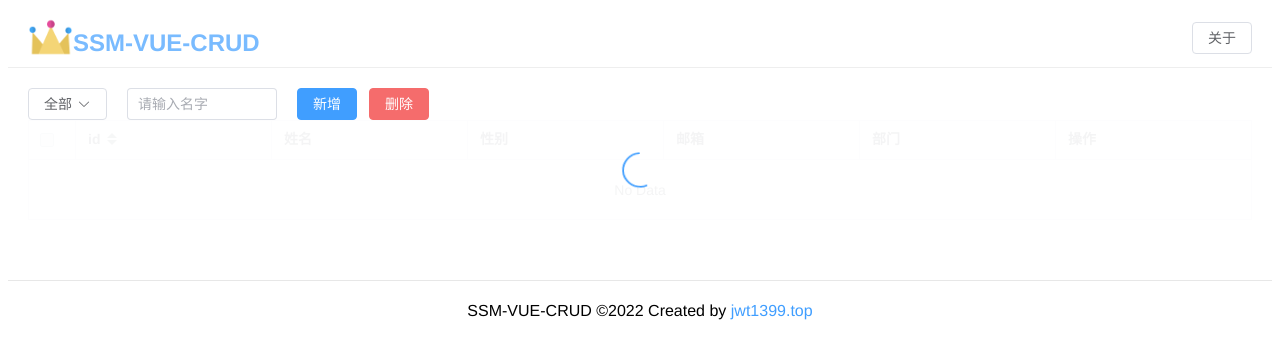
Repository: jwt1399/ssm-vue-crud
Page: / (app in ssm-crud-front/)
The author's editor kept a copy of each file at every save. The page is drawn from the files as they stood at one save, then again after the next save.
The browser window is 1280 px wide. The pictures show the whole page.
The page's requests for data from a server got no answer. The project was rebuilt for these pictures with package versions that can differ from the ones it lists, and the page was loaded fresh each time. No one was signed in, and anything a server would have sent is missing. Also part of the build but not shown: ssm-crud-front/vue.config.js.

Above is the page before, as saved 2022-06-17 10:22:20.

### ssm-crud-front/public/index.html
<!DOCTYPE html>
<html lang="zh-Hans">
  <head>
    <meta charset="utf-8">
    <meta http-equiv="X-UA-Compatible" content="IE=edge">
    <meta name="viewport" content="width=device-width,initial-scale=1.0">
    <link rel="icon" href="<%= BASE_URL %>favicon.png">
    <title><%= htmlWebpackPlugin.options.title %></title>
  </head>
  <body>
    <noscript>
      <strong>We're sorry but <%= htmlWebpackPlugin.options.title %> doesn't work properly without JavaScript enabled. Please enable it to continue.</strong>
    </noscript>
    <div id="app"></div>
    <!-- built files will be auto injected -->
  </body>
</html>

### ssm-crud-front/src/main.js
import { createApp } from 'vue'
import App from './App.vue'
import router from './router'
import ElementPlus from 'element-plus'
import 'element-plus/dist/index.css'
import * as ElementPlusIconsVue from '@element-plus/icons-vue'

const app = createApp(App)

//配置全局icon
for (const [key, component] of Object.entries(ElementPlusIconsVue)) {
    app.component(key, component)
  }

app.use(router).use(ElementPlus).mount('#app')

### ssm-crud-front/src/App.vue
<template>
  <Header/>
  <router-view/>
  <Footer/>
</template>


<script setup>
import Header from '@/components/Header.vue'
import Footer from '@/components/Footer.vue'
</script>



<style>
#app {
  font-family: Avenir, Helvetica, Arial, sans-serif;
  -webkit-font-smoothing: antialiased;
  -moz-osx-font-smoothing: grayscale;
  /* text-align: center; */
  /* color: #2c3e50; */
}
</style>


<!-- 不使用script setup语法糖 -->
<!-- <script>
import Header from '@/components/Header.vue'
import Footer from '@/components/Footer.vue'
export default {
    components: {
        Header,
        Footer,
    }
}
</script> -->

### ssm-crud-front/src/router/index.js
import { createRouter, createWebHashHistory } from 'vue-router'
import CrudView from '../views/CrudView.vue'
const routes = [
  {
    path: '/',
    name: 'home',
    component: CrudView
  },
  {
    path: '/about',
    name: 'about',
    // 懒加载
    component: () => import(/* webpackChunkName: "about" */ '../views/AboutView.vue')
  }
]

const router = createRouter({
  history: createWebHashHistory(),
  routes
})

export default router

### ssm-crud-front/src/components/Header.vue
<template>
  <el-header class="header">
    <!-- <div class="nav"> -->
      <a href="/" class="nav-link">
        <img src="../assets/favicon.png" alt="logo" class="nav-logo" />
        <h2 class="nav-title">SSM-VUE-CRUD</h2>
      </a>
    <!-- </div> -->
    <el-button type="default" size="default" :plain="true" @click="skipAbout()">关于</el-button>
    <!-- <Dialog ref="dialog"/> -->
  </el-header>
</template>

<script setup>
import { ref } from "vue";
import { useRouter } from "vue-router";
import { Search } from "@element-plus/icons-vue";
import { ElMessage, ElMessageBox } from "element-plus";
// import Dialog from '@/components/Dialog.vue';
// import { defineProps } from "vue";

import { inject } from "vue";

// const dialog =ref(null)

const defaultText = ref("测试");

const searchChange = (val) => {
  console.log(val);
  // getEmployeeList();
};

//关于页跳转
const router = useRouter();
const skipAbout = () => {
  // window.location.href='#/about';
  // router.push({path:'about'})
  router.push({ name: "about" }); //路由名
  //弹框提示
  ElMessage({
    showClose: true,
    message: "这是本项目的关于页面！",
    center: true,
    type: "success",
  });
};

// 添加按钮
const handleAdd = (index, row) => {
  console.log(index, row);
    dialog.value.editNameDisabled = false;
    dialog.value.dialogFormVisible = true;
};

// 批量删除按钮
const batchDeleteEmployee = () => {
  if (batchIds.length == 0) {
    ElMessage({
      message: "最少选择一位员工！",
      type: "warning",
    });
    return;
  }
  ElMessageBox.confirm("此操作将永久删除该信息, 是否继续?", "提示", {
    confirmButtonText: "确定",
    cancelButtonText: "取消",
    type: "warning",
  })
    .then(() => {
      axios
        .batchDeleteEmployee({
          ids: batchIds,
        })
        .then((res) => {
          ElMessage({
            type: "success",
            message: res.msg,
          });
          this.getEmployeeList();
        })
        .catch((res) => {
          ElMessage({
            type: "info",
            message: res.msg,
          });
        });
    })
    .catch(() => {
      ElMessage({
        type: "info",
        message: "删除取消",
      });
    });
};
</script>

<style scoped>
.nav-logo {
  height: 45px;
  width: 45px;
  vertical-align: middle;
  display: inline-block;
}

.nav-title {
  /* font-size: 2rem; */
  display: inline-block;
  vertical-align: middle;
  color: #79bbff;
  padding-top: 10px;
}

/* .nav-item {
  display: flex;
  align-items: center;
}

.nav-search {
  width: 150px;
  margin: 0 20px;
} */

.header {
  display: flex;
  align-items: center;
  justify-content: space-between;
  width: 100%;
  border-bottom: 1px solid #eee;
  min-width: 800px;
}
</style>

<!-- 不使用script setup语法糖 -->
<!-- <script>
import { ref } from 'vue'
import { useRouter } from 'vue-router'
import { Search } from '@element-plus/icons-vue'
export default {
    name: 'Header',
    setup() {
        const defaultText = ref("测试")
        const router = useRouter()
        const skipAbout = ()=>{
        // window.location.href='#/about';
        // router.push({path:'about'})
        router.push({ name: 'about'})
        }
        return {
            skipAbout,
            Search,
            defaultText,
        }
    },
}
</script> -->

### ssm-crud-front/src/components/Footer.vue
<template>
<el-footer class="footer">
    <span>SSM-VUE-CRUD ©2022 Created by </span>
    <a href="https://jwt1399.top" style="text-decoration: none;color: #409eff;"> jwt1399.top</a>
 </el-footer>
</template>

<!-- 不使用script setup语法糖 -->
<!-- <script>
export default{
    name:'Footer',
}
</script> -->

 <style scoped>
.footer {
    /* 显示在底部*/
    position: relative;
    text-align: center;
    width: 100%;
    /* 垂直居中23-24 */
    height: 60px;
    line-height:60px;
    background-color: #fff;
    border-top:1px solid #E7E7E7;
}
</style>

### ssm-crud-front/src/views/CrudView.vue
<template>
  <el-main>
    <div class="nav-item">
      <el-dropdown>
        <el-button size="default">
          全部
          <el-icon class="el-icon--right">
            <arrow-down />
          </el-icon>
        </el-button>
        <template #dropdown>
          <el-dropdown-menu>
            <el-dropdown-item>Action 1</el-dropdown-item>
            <el-dropdown-item>Action 2</el-dropdown-item>
          </el-dropdown-menu>
        </template>
      </el-dropdown>
      <div class="nav-search">
        <el-input
          placeholder="请输入名字"
          v-model="defaultText"
          size="default"
          :prefix-icon="Search"
          @change="searchChange"
          clearable
        >
        </el-input>
      </div>
      <el-button type="primary" size="default" @click="handleAdd()">新增</el-button>
      <el-button type="danger" size="default" @click="batchDeleteEmployee()">删除</el-button>
    </div>

    <div class="data-table">
      <el-table
        :data="employeeList"
        border
        style="width: 100%"
        v-loading="loading"
        @selection-change="handleSelectionChange"
      >
        <el-table-column type="selection"></el-table-column>
        <el-table-column prop="empId" label="id" sortable></el-table-column>
        <el-table-column prop="empName" label="姓名"></el-table-column>
        <el-table-column prop="gender" label="性别" :formatter="formatterSex"></el-table-column>
        <el-table-column prop="email" label="邮箱"></el-table-column>
        <el-table-column prop="department.deptName" label="部门"></el-table-column>
        <el-table-column label="操作">
          <template #default="scope">
            <el-button
              type="primary"
              size="large"
              :icon="Edit"
              @click="handleEdit(scope.$index, scope.row)"
              circle
            >
            </el-button>
            <el-button
              type="danger"
              size="large"
              :icon="Delete"
              @click="handleDelete(scope.$index, scope.row)"
              circle
            >
            </el-button>
          </template>
        </el-table-column>
      </el-table>
    </div>
    <div class="table-pagination">
      <el-pagination
        v-model:current-page="pageNum"
        v-model:page-size="pageSize"
        :page-sizes="[5, 10, 15, 20]"
        :small="small"
        :disabled="disabled"
        :background="background"
        layout="total, sizes, prev, pager, next, jumper"
        :total="total"
        @size-change="handleSizeChange"
        @current-change="handleCurrentChange"
      >
      </el-pagination>
    </div>
  </el-main>
  <!-- <Dialog ref="dialog"/> -->
  <el-dialog
    v-model="dialogFormVisible"
    :title="editNameDisabled ? '修改' : '添加'"
    @close="dialogClose"
  >
    <el-form
      :model="EmpForm"
      :rules="rules"
      ref="formRef"
      label-position="right"
      label-width="80px"
      status-icon
    >
      <el-form-item label="姓名" prop="empName">
        <el-input v-model="EmpForm.empName" :disabled="editNameDisabled"></el-input>
      </el-form-item>
      <el-form-item label="邮箱" prop="email">
        <el-input v-model="EmpForm.email"></el-input>
      </el-form-item>
      <el-form-item label="性别" prop="gender">
        <el-radio-group v-model="EmpForm.gender">
          <el-radio :label="1" border size="default">男</el-radio>
          <el-radio :label="2" border size="default">女</el-radio>
        </el-radio-group>
      </el-form-item>
      <el-form-item label="所属部门" prop="dId">
        <el-select v-model="EmpForm.dId" placeholder="请选择部门">

          <el-option v-for="(item,index) in DeptList" :key="index" :label="item.deptName" :value="item.deptId">
          </el-option>
        </el-select>
      </el-form-item>
    </el-form>
    <template #footer>
      <span class="dialog-footer">
        <el-button @click="resetForm">取消</el-button>
        <el-button type="primary" @click="addSubmit">确定</el-button>
      </span>
    </template>
  </el-dialog>
</template>

<script setup>
import { ElMessage, ElMessageBox } from "element-plus";
import { ref, onBeforeMount, reactive } from "vue";
import { Edit, Delete } from "@element-plus/icons-vue";
import axios from "axios";
// import Dialog from '@/components/Dialog.vue';

// const dialog =ref(null)
//分页相关
const pageNum = ref(1);
const pageSize = ref(5);
const small = ref(false);
const background = ref(true);
const disabled = ref(false);
const total = ref(null);
//每页条目数
const handleSizeChange = (val) => {
  console.log(`每页条目数：${val}`);
  getEmployeeList(pageNum.value, val);
};
//当前页面
const handleCurrentChange = (val) => {
  console.log(`当前页面: ${val}`);
  getEmployeeList(val, pageSize.value);
};

//勾选框改变
let batchIds = ref(null);
const handleSelectionChange = (arr) => {
  console.log(arr);
  var arrs = [];
  for (var i = 0; i < arr.length; i++) {
    arrs.push(arr[i].empId);
  }
  batchIds = arrs.join();
  console.log(batchIds);
};

//获取员工数据
const employeeList = ref([]);
const loading = ref(true); //加载动画
function getEmployeeList(pageNum, pageSize) {
  axios
    .get("api/ssm_crud_back/employees/", {
      params: {
        pageNum: pageNum,
        pageSize: pageSize,
      },
    })
    .then(function (res) {
      console.log("所有员工信息：" , res.data);
      loading.value = false;
      employeeList.value = res.data.data.pageInfo.list;
      total.value = res.data.data.pageInfo.total;
      pageSize = res.data.data.pageInfo.pageSize;
      pageNum = res.data.data.pageInfo.pageNum;
    })
    .catch(function (error) {
      console.log(error);
    });
}
// 性别格式化
const formatterSex = (row, column) => {
  return row.gender == 1 ? "男" : "女";
};

// 删除按钮
const handleDelete = (index, row) => {
  console.log(index, row);
  ElMessageBox.confirm("此操作将永久删除该信息, 是否继续?", "提示", {
    confirmButtonText: "确定",
    cancelButtonText: "取消",
    type: "warning",
  })
    .then(() => {
      deleteEmployee(row.empId);
    })
    .catch(() => {
      ElMessage({ type: "info", message: "删除取消" });
    });
};
// 删除员工信息
function deleteEmployee(empId) {
  axios
    .delete(`api/ssm_crud_back/delete/${empId}`)
    .then((response) => {
      if (response.data.code == 100) {
        getEmployeeList();
        ElMessage({ type: "success", message: "删除成功" });
      } else {
        ElMessage({ type: "error", message: "删除失败" });
      }
    })
    .catch((error) => {
      console.log(error);
    });
}

let EmpForm = ref({
  empName: "",
  email: "",
  gender: "",
  dId: "",
  department: {
    deptId: "",
    deptName: "",
  },
});

// const EmpForm = ref({});
// 查询单个员工信息
function getEmployee(empId) {
  axios
    .get(`api/ssm_crud_back/emp/${empId}`)
    .then((response) => {
        console.log("单个员工信息：",response.data);
        EmpForm.value = response.data.data.emp;
        console.log(EmpForm);
    })
    .catch((error) => {
        console.log(error);
    });
}

//显示/隐藏对话框
let dialogFormVisible = ref(false);
//名字是否可编辑
let editNameDisabled = ref(false);

// 修改按钮
const handleEdit = (index, row) => {
  console.log(index, row);
  console.log(row.empId);

  getEmployee(row.empId);
  getAllDept();
  editNameDisabled.value = true;
  dialogFormVisible.value = true;
};

// 更新员工信息
function updateEmp(params) {
  axios.put("api/ssm_crud_back/update", {...params})
    .then((response) => {
        console.log(response.data)
      if (response.data.code == 100) {
        ElMessage({ type: "success", message: "更新成功" });
        getEmployeeList();
      } else {
        ElMessage({ type: "error", message: "更新失败" });
      }
    })
    .catch((error) => {
      console.log(error);
    });
}

onBeforeMount(() => {
  getEmployeeList();
});

let DeptList = ref({})

function getAllDept() {
    axios.get("api/ssm_crud_back/dept")
    .then(res => {
        console.log("部门信息：",res.data);
        DeptList.value = res.data.data.dept;
    })
    .catch(error => {
      console.log(error);
    });
}




//表单验证
const rules = reactive({
  empName: [
    {
      required: true,
      message: "Please input Activity name",
      trigger: "blur",
    },
    {
      min: 1,
      max: 15,
      message: "Length should be 1 to 15",
      trigger: "blur",
    },
  ],
  email: [
    {
      required: true,
      message: "请输入正确邮箱",
      trigger: "blur",
      pattern: /^[A-Za-z0-9\u4e00-\u9fa5]+@[a-zA-Z0-9_-]+(\.[a-zA-Z0-9_-]+)+$/,
    },
  ],
  gender: [
    {
      required: true,
      message: "请选择性别",
      trigger: "blur",
    },
  ],
  dId: [
    {
      required: true,
      message: "请选择部门",
      trigger: "blur",
    },
  ],
  department: [
    {
      required: true,
      message: "请选择部门",
      trigger: "blur",
    },
  ],
});

let formRef = ref(null);
// onMounted(()=>{
//     console.log(formRef.value)
// });

//表单验证
function submitForm() {
  let flag = false;
  formRef.value.slotsvalidate((valid) => {
    if (valid) {
      flag = true;
    } else {
      flag = false;
      return false;
    }
  });
  return flag;
}

function resetForm() {
  formRef.value.resetFields();
  dialogFormVisible.value = false;
}

function dialogClose() {
  console.log(formRef.value);
  formRef.value.resetFields();
}

//提交
function addSubmit() {
//   const valid = submitForm();
  const valid = true;
  if (valid) {
    if (editNameDisabled) {
      updateEmp(EmpForm.value);
    } else {
      addEmp(EmpForm.value);
    }
    dialogFormVisible.value = false;
  }
}
</script>

<style scoped>
.table-pagination {
  display: flex;
  justify-content: center;
  padding: 20px;
}
.nav-item {
  display: flex;
  align-items: center;
}

.nav-search {
  width: 150px;
  margin: 0 20px;
}
</style>

<!-- 不使用script setup语法糖 -->
<!-- <script>
import { ref,onBeforeMount } from 'vue'
import { Edit, Delete } from '@element-plus/icons-vue'
import axios from 'axios'
export default {
    name: 'CrudView',
    setup(){
        //分页相关
        const pageNum = ref(1)
        const pageSize = ref(5)
        const small = ref(false)
        const background = ref(true)
        const disabled = ref(false)
        const total = ref(null)
        const handleSizeChange = (val) => {
            console.log(`每页条目数：${val}`)
            getEmployeeList(pageNum.value,val)
        }
        const handleCurrentChange = (val) => {
            console.log(`当前页面: ${val}`)
            getEmployeeList(val,pageSize.value)
        }

        //获取员工数据
        const loading = ref(false)
        let batchIds = ref(null)
        const handleSelectionChange = (arr) => {
            console.log(arr)
            var arrs = [];
            for (var i = 0; i < arr.length; i++) {
                arrs.push(arr[i].empId);
            }
            batchIds = arrs.join();
            console.log(batchIds)
        }

        const handleEdit = (index, row) => {
            console.log(index, row)
        }

        const handleDelete = (index, row) => {
            console.log(index, row)
        }
        const employeeList =ref([])
        function getEmployeeList(pageNum,pageSize){
            axios.get("api/ssm_crud_back/employees/", {
                params: {
                    pageNum: pageNum,
                    pageSize: pageSize,
                }
            }).then(function(res) {
                console.log(res.data)
                loading.value = false
                employeeList.value = res.data.data.pageInfo.list
                total.value = res.data.data.pageInfo.total
                pageSize = res.data.data.pageInfo.pageSize
                pageNum = res.data.data.pageInfo.pageNum
            }).catch(function(error) {
                console.log(error);
            });
        }
        onBeforeMount(()=>{
            getEmployeeList();
        })
        // 性别格式化
        const formatterSex = (row, column)=>{
            return row.gender == 1 ? "男" : "女";
        };

        return{
            employeeList,
            getEmployeeList,
            pageNum,
            pageSize,
            total,
            small,
            disabled,
            background,
            formatterSex,
            handleSizeChange,
            handleCurrentChange,
            Edit,
            Delete,
            loading,
            handleSelectionChange,
            handleEdit,
            handleDelete,
        }
    }
}
</script> -->

After the next save:
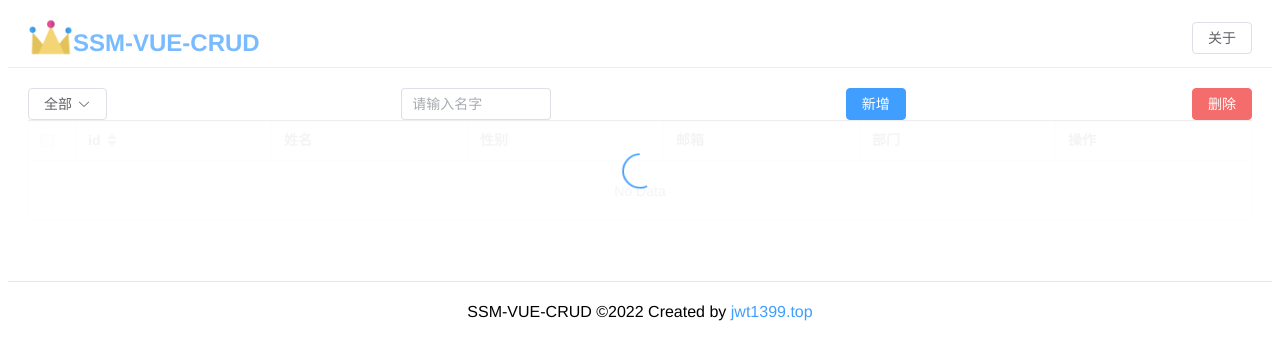
Saved 44 s later.
--- a/ssm-crud-front/src/views/CrudView.vue
+++ b/ssm-crud-front/src/views/CrudView.vue
@@ -399,8 +399,14 @@ function addSubmit() {
   padding: 20px;
 }
 .nav-item {
+  /* display: flex;
+  align-items: center; */
   display: flex;
   align-items: center;
+  justify-content: space-between;
+  width: 100%;
+  border-bottom: 1px solid #eee;
+  min-width: 800px;
 }
 
 .nav-search {
